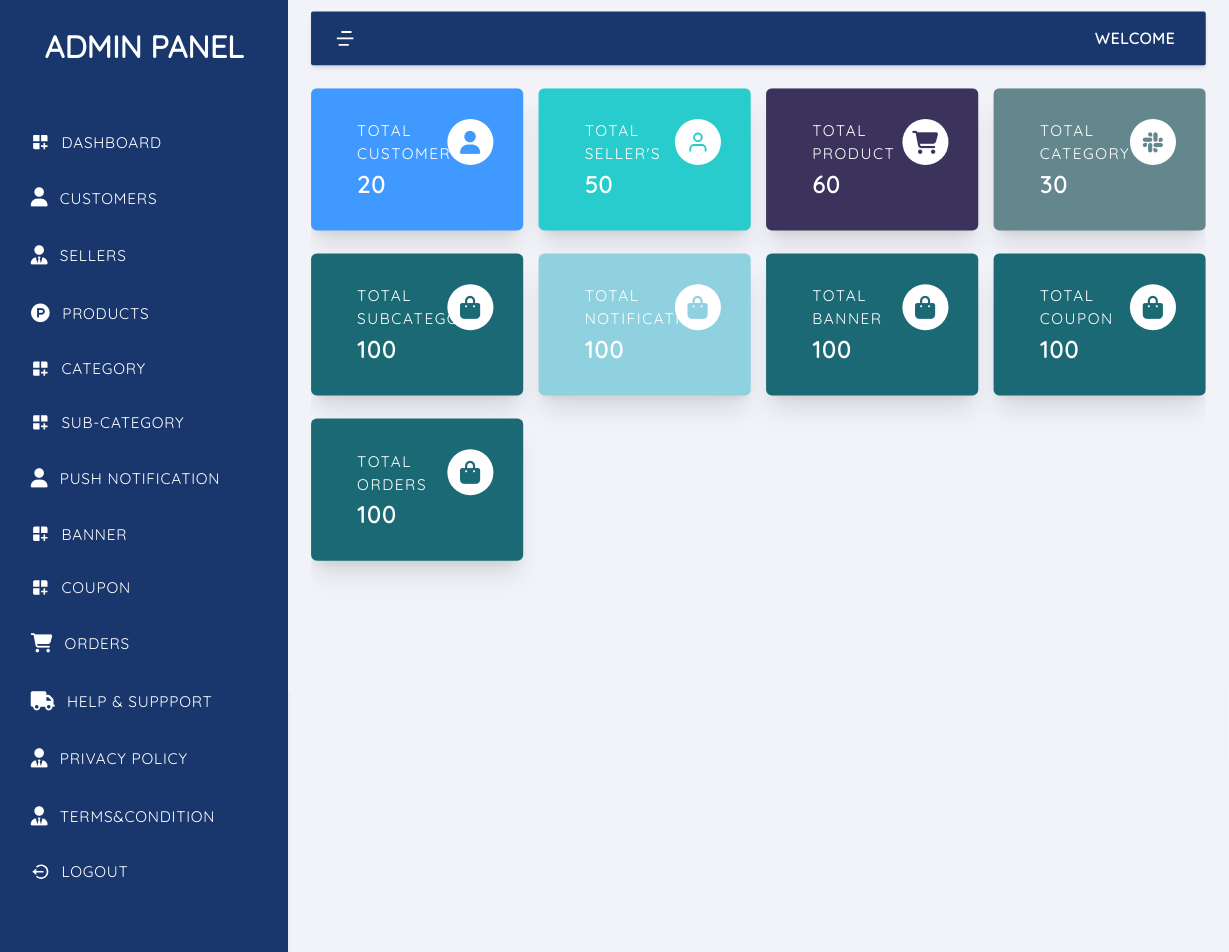
Repository: shishpal2000/admin.aschpro
Page: /dashboard
These files come from the project's save history. The page is drawn as it stood at one moment and after a run of saves; the edit follows.
The browser window is 1280 px wide. The pictures show the whole page, at 96% of full size.
Some web libraries are served in a nearby version. The project was rebuilt for these pictures with package versions that can differ from the ones it lists, and the page was loaded fresh each time. Also part of the build but not shown: src/E-CommerceAdmin/forms/Login.jsx, src/E-CommerceAdmin/pages/ECategory.js, src/E-CommerceAdmin/pages/EProduct.js, src/E-CommerceAdmin/pages/EVendorList.js, src/E-CommerceAdmin/pages/EAdminOrders.js, src/E-CommerceAdmin/pages/EAdminDelivery.js, src/E-CommerceAdmin/pages/EAdminCustomer.js, src/E-CommerceAdmin/pages/ESubCategory.js and 6 more. Imported but missing from the stored project, and not drawn on this page: src/E-CommerceAdmin/pages/Complaints, src/E-CommerceAdmin/pages/Component/SpinnerComp, src/E-CommerceAdmin/pages/EAdmin, src/E-CommerceAdmin/pages/EAdminProduct, src/E-CommerceAdmin/pages/ESingleProduct, src/E-CommerceAdmin/pages/GetMeThis, src/E-CommerceAdmin/pages/HelpSupport.

Above is the page before, as saved 2023-06-28 18:03:58.

After the next 2 saves:
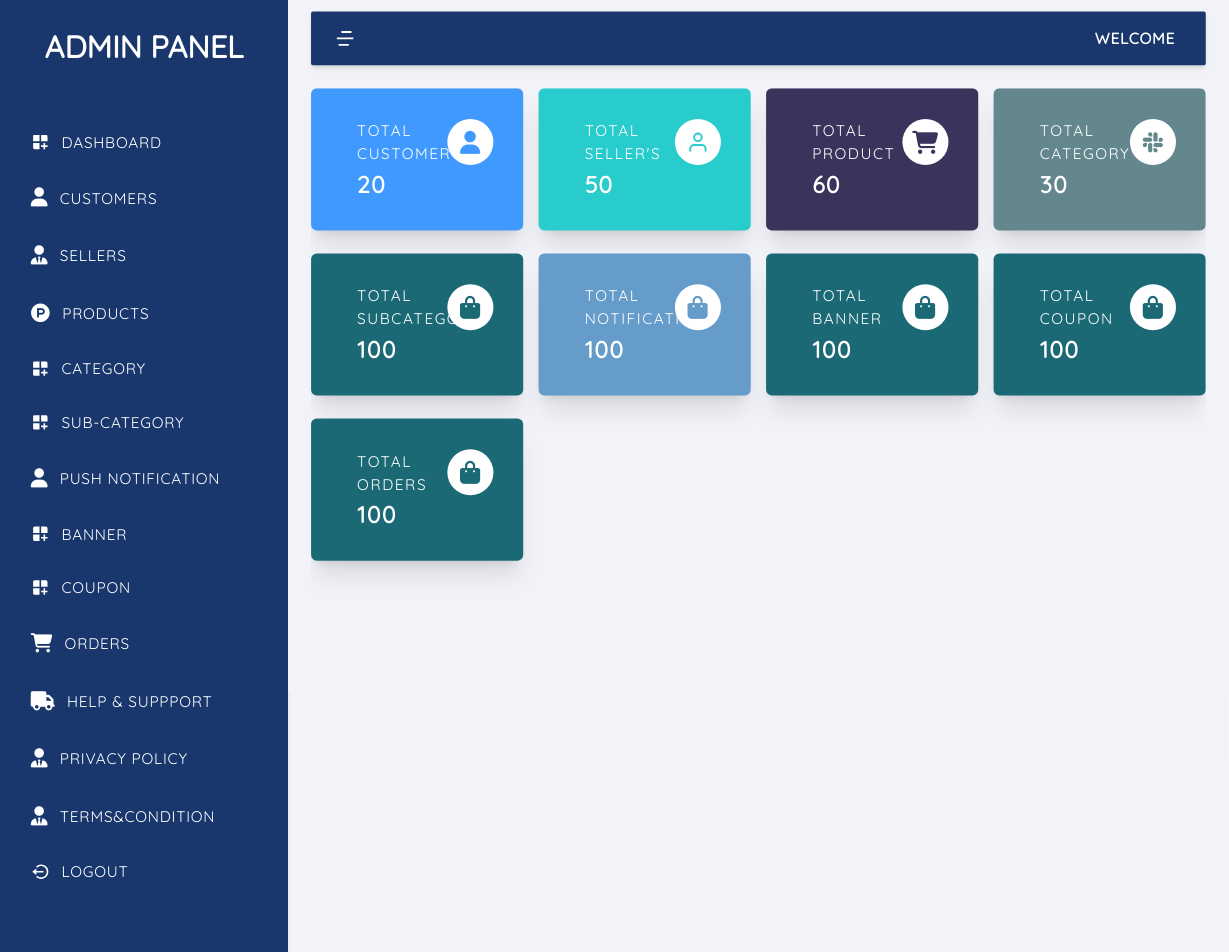
The 2 saves are shown as one change because they came seconds apart.
The last was saved 94 s later.
--- a/src/E-CommerceAdmin/pages/Dashboard.jsx
+++ b/src/E-CommerceAdmin/pages/Dashboard.jsx
@@ -62,9 +62,9 @@ const Dashboard = () => {
       title: "total Notification",
       number: 100,
       icon: (
-        <i className=" fa-solid fa-bag-shopping text-2xl text-[#8fd1df]"></i>
+        <i className=" fa-solid fa-bag-shopping text-2xl text-[#659cca]"></i>
       ),
-      bg: "#8fd1df",
+      bg: "#659cca",
       link: "/Orders",
     },
 
